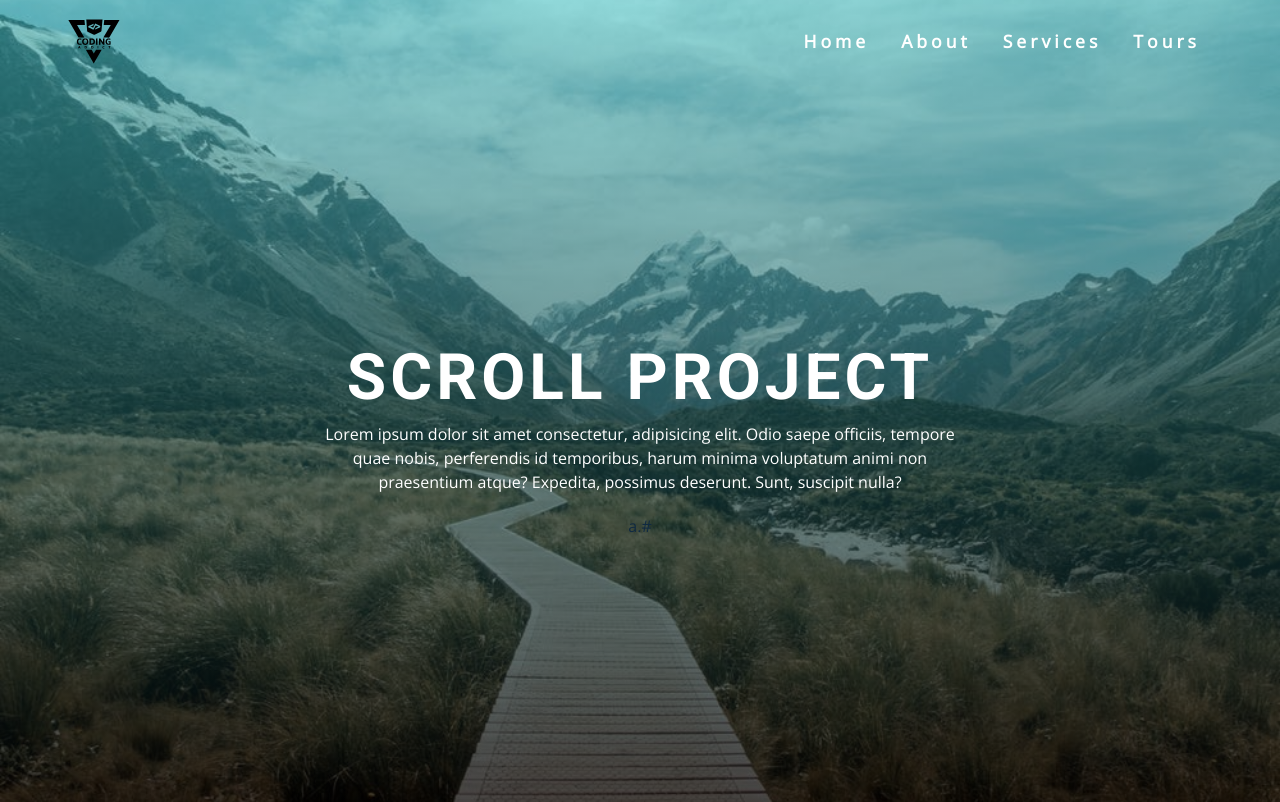
Repository: spidero7/Scroll
Page: index.html
An editor plug-in stored every save of this project. The page is shown before and after the next save, followed by the edit.
The browser window is 1280 px wide. The pictures show the whole page.
Some web libraries are served in a nearby version.

Above is the page before, as saved 2021-10-07 06:49:04.

After the next save:
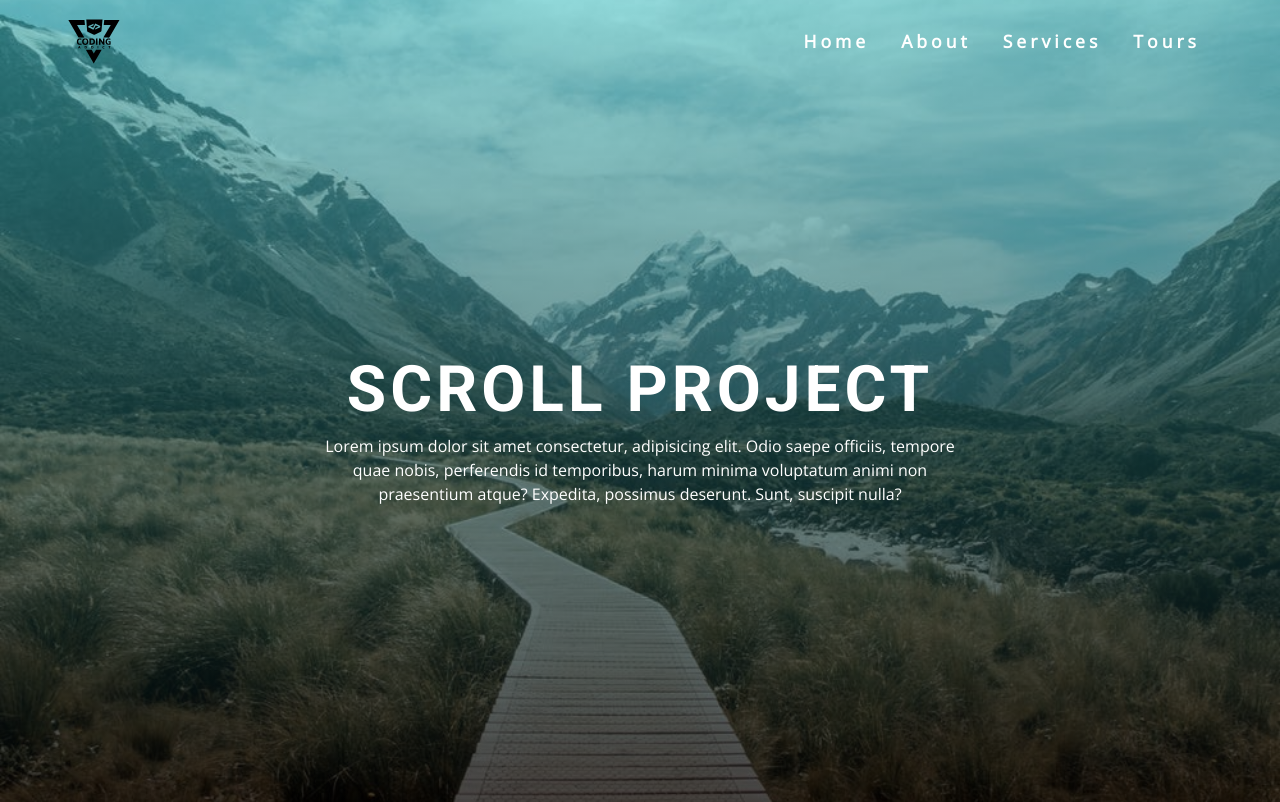
Saved 4 s later.
--- a/index.html
+++ b/index.html
@@ -49,7 +49,7 @@
                     tempore quae nobis, perferendis id temporibus, harum minima voluptatum animi non
                     praesentium atque? Expedita, possimus deserunt. Sunt, suscipit nulla?
                 </p>
-                a.#
+
             </div>
         </div>
     </header>
